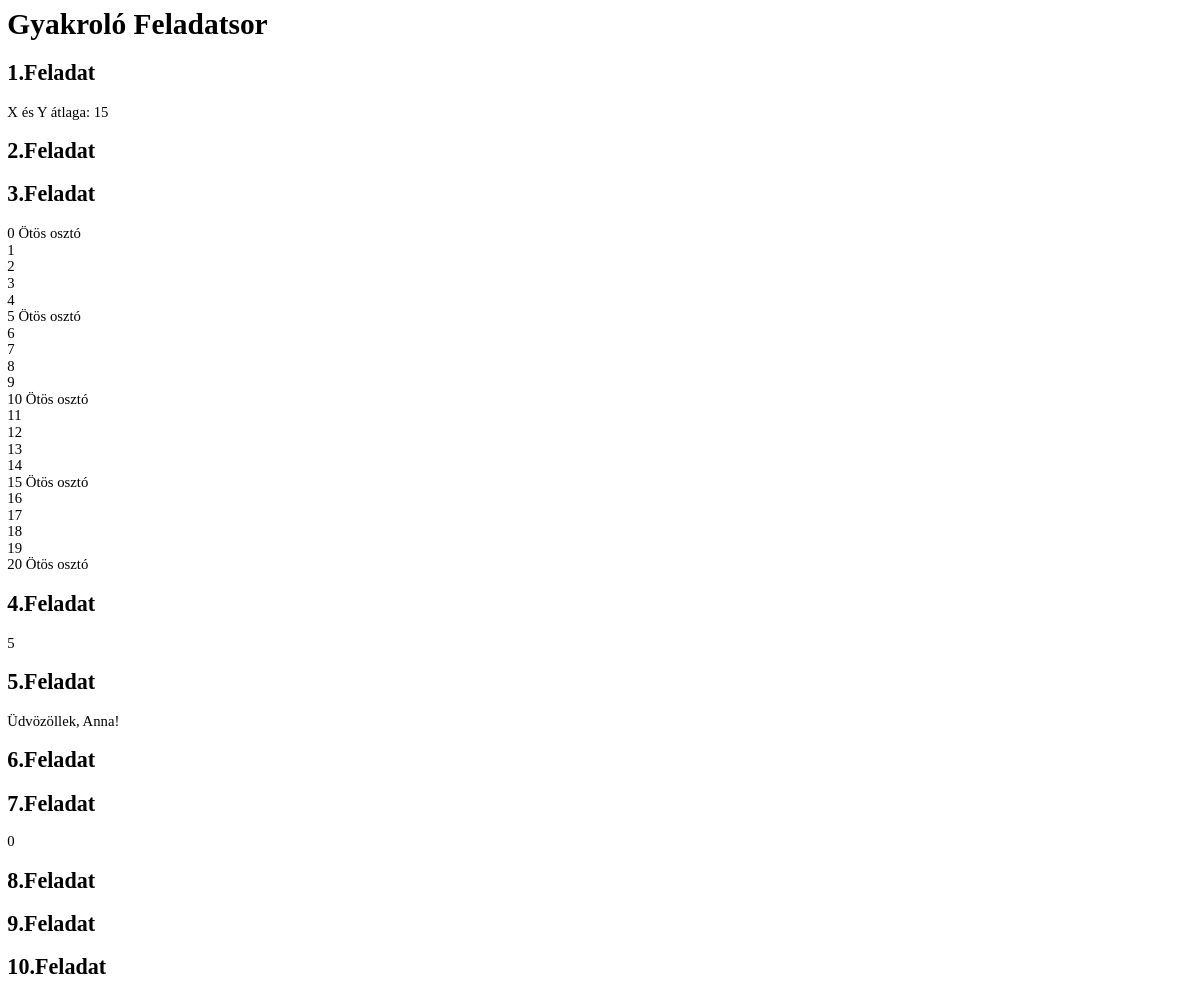
Repository: doomhyena/htdocs
Page: http://localhost/00.Home/02.masodikresz.php
These files come from the project's save history. The page is drawn as it stood at one moment and after the next save; the edit follows.
The browser window is 1280 px wide. The pictures show the whole page, at 92% of full size.
The page is run by PHP 8.4 with error messages shown; the project is at /var/www/html/.

Above is the page before, as saved 2024-09-17 15:27:16.

After the next save:
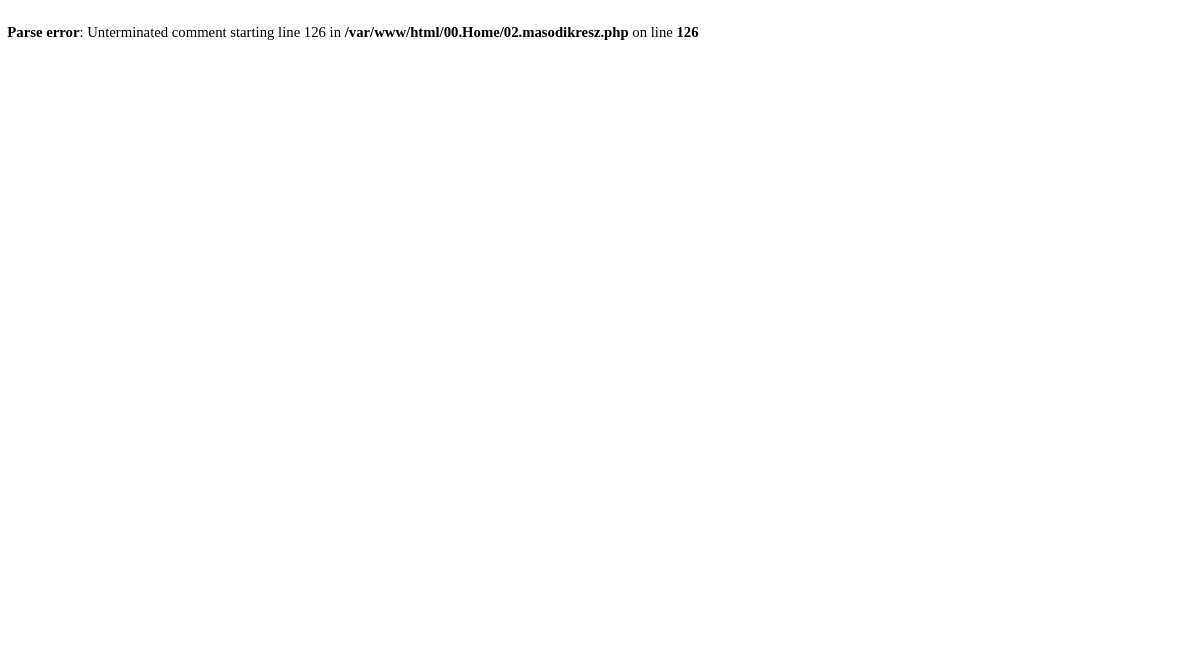
Saved 17 s later.
--- a/00.Home/02.masodikresz.php
+++ b/00.Home/02.masodikresz.php
@@ -122,6 +122,16 @@
 
 // Elbasztam xddd
 
+// -----------------------------------------------------------------------------------------------------------------------------------------
+/*
+
+8. Feladat
+
+   Feladat: Hozz létre egy $szamlalo változót, amelynek kezdőértéke 0.
+   Indíts egy while ciklust, amely addig fut, amíg a $szamlalo értéke el nem éri a 10-et.
+   A ciklus minden futásakor növeld meg a $szamlalo értékét eggyel, majd írasd ki az aktuális értéket.
+
+
 echo "<h2> 8.Feladat </h2>";
 
 

After the save that followed:
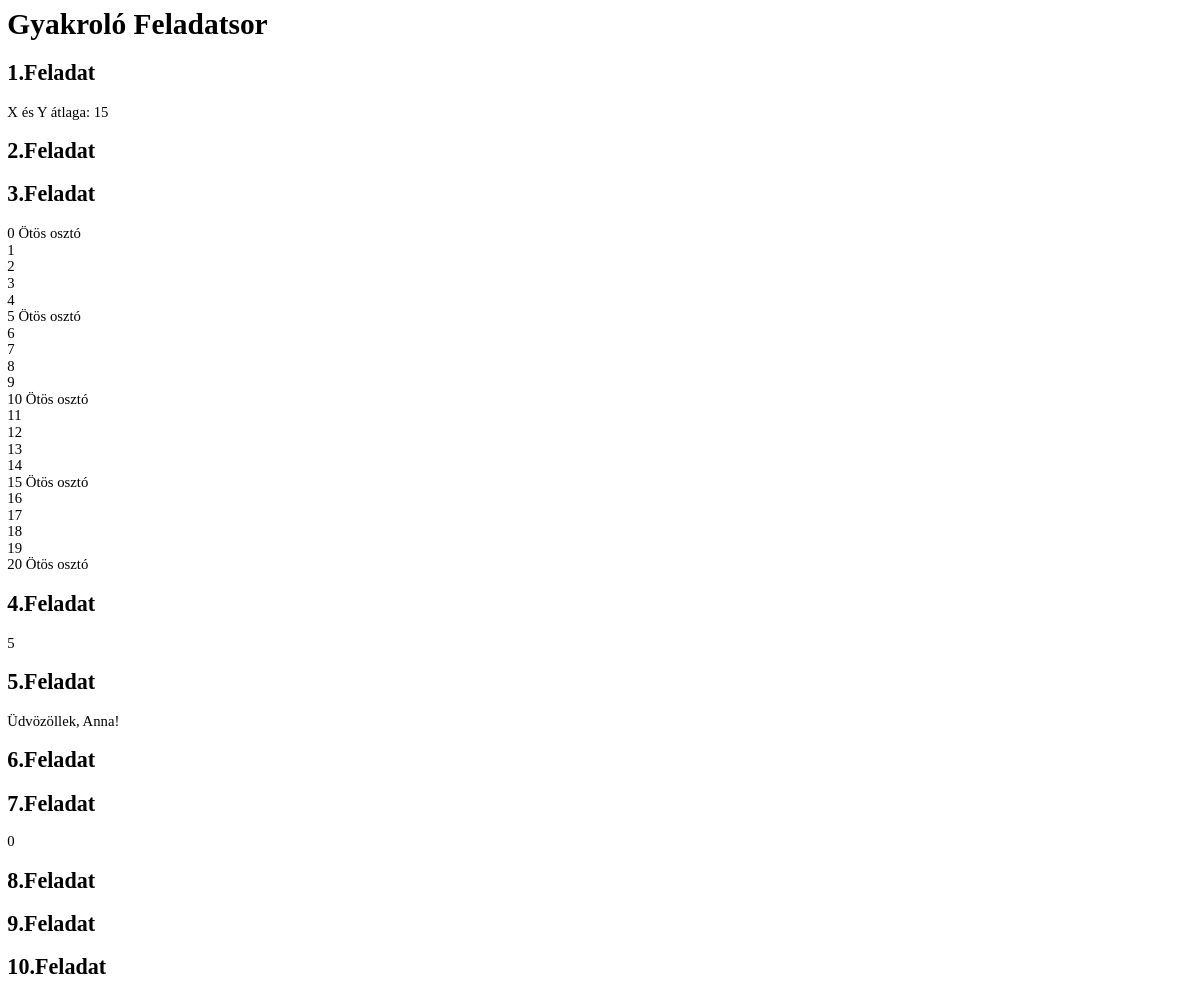
Saved 25 s later.
--- a/00.Home/02.masodikresz.php
+++ b/00.Home/02.masodikresz.php
@@ -127,10 +127,11 @@
 
 8. Feladat
 
-   Feladat: Hozz létre egy $szamlalo változót, amelynek kezdőértéke 0.
-   Indíts egy while ciklust, amely addig fut, amíg a $szamlalo értéke el nem éri a 10-et.
-   A ciklus minden futásakor növeld meg a $szamlalo értékét eggyel, majd írasd ki az aktuális értéket.
+    Feladat: Írj egy programot, amely az $a = 8 és $b = 3 változókat használva:
+    Kiszámítja és kiírja, hogy mennyi az $a maradéka, ha elosztjuk $b-vel.
+    Ha a maradék 2, akkor írja ki: "A maradék két egyenlő!", különben írja ki a tényleges maradékot.
 
+*/
 
 echo "<h2> 8.Feladat </h2>";
 
